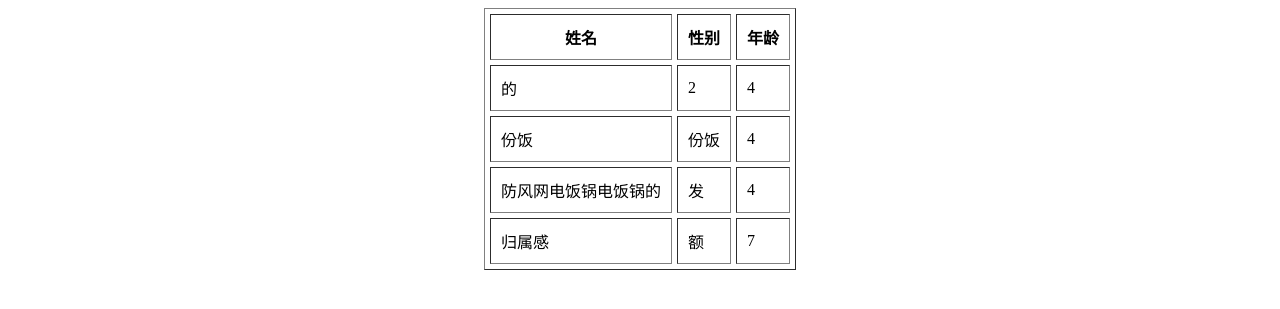
Repository: TheBestBadGuy0228/code
Page: day2_表格基本语法.html
These files come from the project's save history. The page is drawn as it stood at one moment and after the next save; the edit follows.
The browser window is 1280 px wide. The pictures show the whole page.

Above is the page before, as saved 2021-06-23 14:46:38.

After the next save:
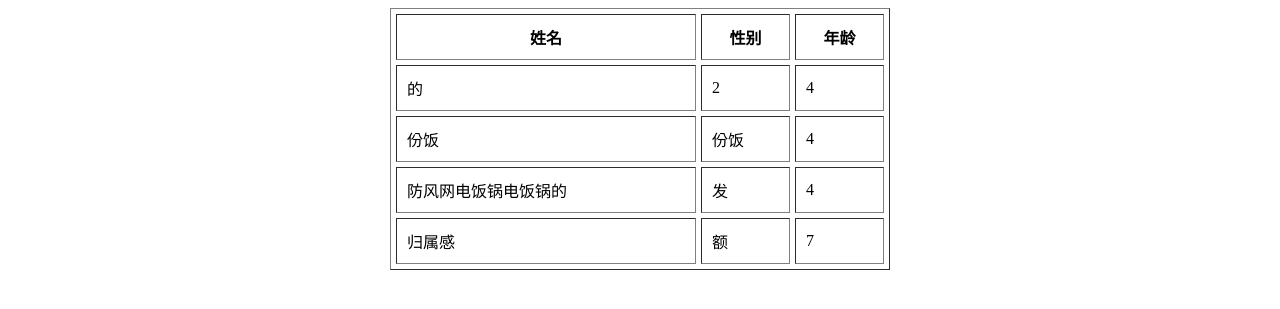
Saved 27 s later.
--- a/day2_表格基本语法.html
+++ b/day2_表格基本语法.html
@@ -16,7 +16,7 @@
 
 <body>
     <!-- 属性写在table标签中 -->
-    <table align="center" border="1" cellpadding="10" cellspacing="5">
+    <table align="center" border="1" cellpadding="10" cellspacing="5" width="500">
         <tr>
             <th>姓名</th>
             <th>性别</th>
